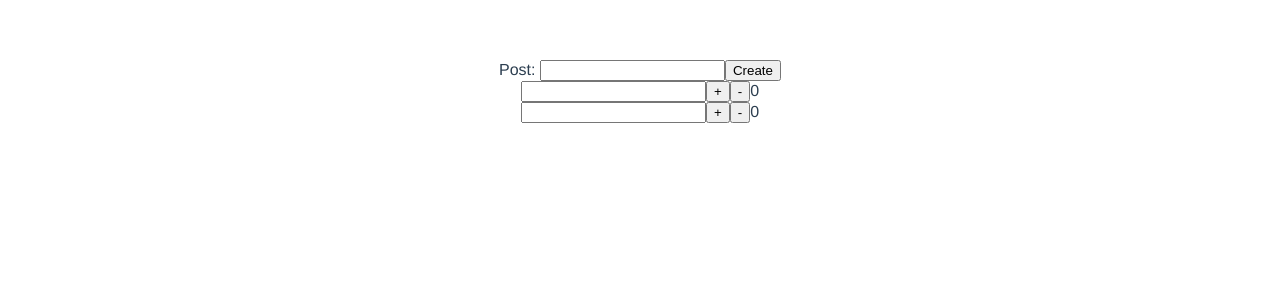
Repository: AnatoliyZaporozhets/HomeTask
Page: / (app in HomeWork_2/Task_1/)
These files come from the project's save history. The page is drawn as it stood at one moment and after the next save; the edit follows.
The browser window is 1280 px wide. The pictures show the whole page.
The project was rebuilt for these pictures with package versions that can differ from the ones it lists, and the page was loaded fresh each time. Also part of the build but not shown: HomeWork_2/Task_1/vue.config.js.

Above is the page before, as saved 2022-04-17 16:20:17.

### HomeWork_2/Task_1/src/App.vue
<template>
  <div>
    <create-post @pushPost='pushArr' />
    <post-list/>
    <post-list/>
  </div>
</template>

<script>
import CreatePost from './components/CreatePost'
import PostList from './components/PostList'
export default {
  name: 'App',
  components: {
   CreatePost,
   PostList
  },
  data(){
    return{
      postListArr:[],
    }

  },
  methods:{
      pushArr(inp){
        this.postListArr.push({post : inp})
        console.log(this.postListArr);
      }
    }
}
</script>

<style>
#app {
  font-family: Avenir, Helvetica, Arial, sans-serif;
  -webkit-font-smoothing: antialiased;
  -moz-osx-font-smoothing: grayscale;
  text-align: center;
  color: #2c3e50;
  margin-top: 60px;
}
</style>

### HomeWork_2/Task_1/src/components/CreatePost/index.vue
<template>
    <div>
        <label>
            Post:
            <input type="text"  v-model="post" />
            <button @click='go'>Create</button>
        </label>
    </div>
</template>

<script>
    export default {
      name:'CreatePost' ,
      data(){
          return{
              post:''
          }
      },
     methods:{
      go(){
        this.$emit('pushPost',this.post)
        this.post=''
      }
    }
    }
</script>

<style lang="css" scoped>

</style>

### HomeWork_2/Task_1/src/components/PostList/index.vue
<template>
    <div>
        <input type="text" name="" id="">
        <button @click="onChange(1)">+</button>
        <button @click="onChange(-1)">-</button>
        <span>{{likes}}</span>
    </div>
</template>

<script>
    export default {
        name:'PostList',

        props: {
            postListArray: {
                type: Array,
                default: ()=>[]
            }
        },
    data(){
        return{
            likes:0
        }
    },
    methods: {
    onChange(increment) {
      this.likes+=increment
    },

    }}

</script>

<style lang="scss" scoped>

</style>

Loaded but not shown: HomeWork_2/Task_1/public/index.html (common file); HomeWork_2/Task_1/src/main.js (common file)

After the next save:
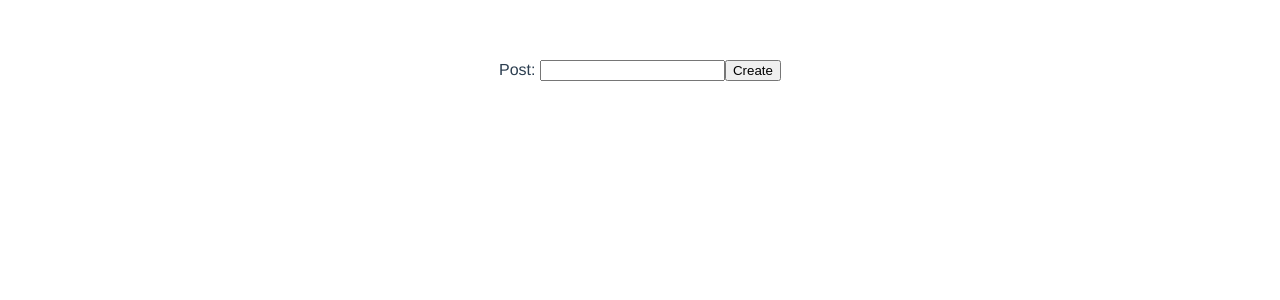
Saved 7 min 3 s later.
--- a/HomeWork_2/Task_1/src/App.vue
+++ b/HomeWork_2/Task_1/src/App.vue
@@ -1,8 +1,8 @@
 <template>
   <div>
     <create-post @pushPost='pushArr' />
-    <post-list/>
-    <post-list/>
+    <post-list v-for="(post,index) in postListArr" :key="index" :posts='post'/>
+
   </div>
 </template>
 
